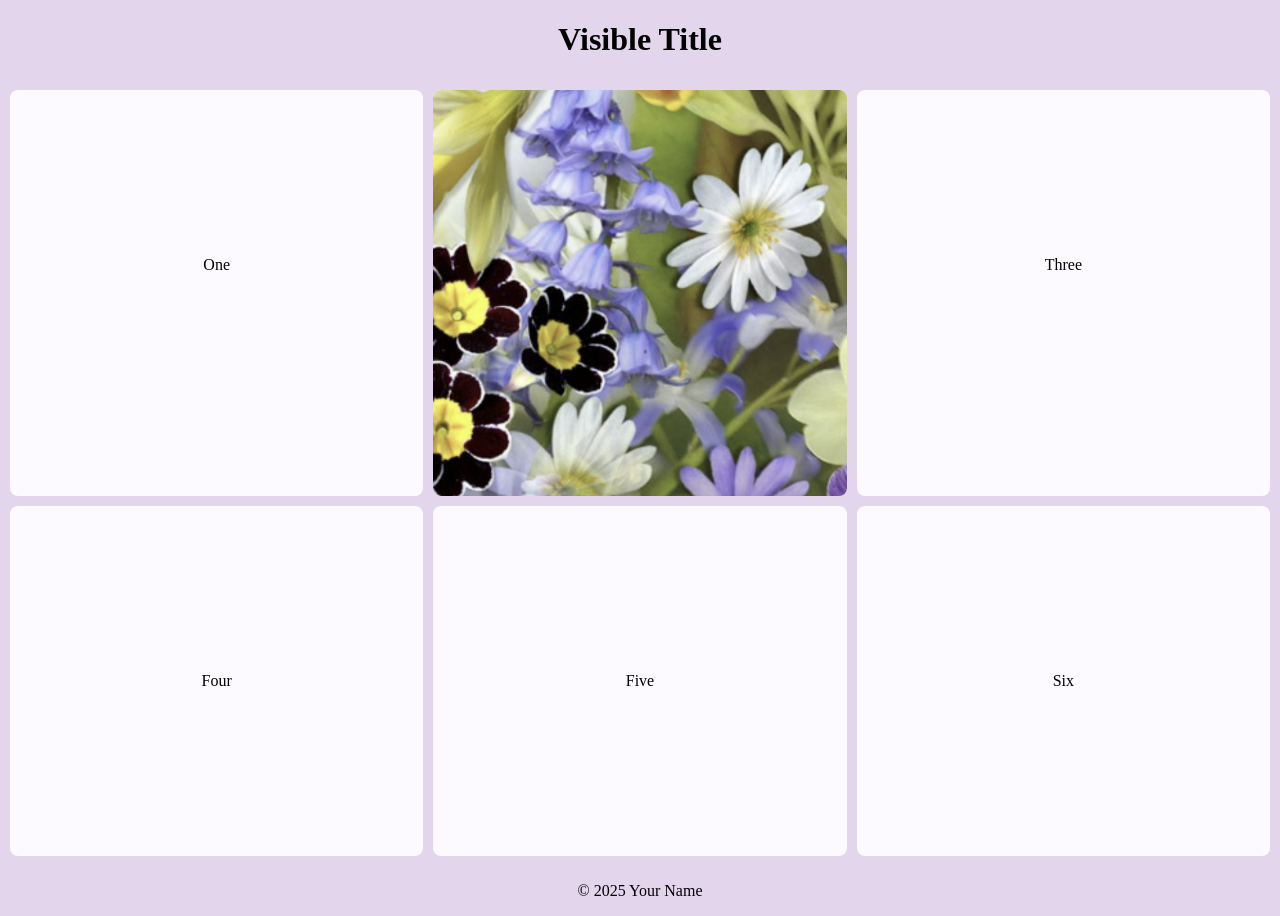
Repository: Brittany-Westlund/WebDesign
Page: FinalProject/index.html
The author's editor kept a copy of each file at every save. The page is drawn from the files as they stood at one save, then again after the next save.
The browser window is 1280 px wide. The pictures show the whole page.

Above is the page before, as saved 2025-06-13 13:02:07.

After the next save:
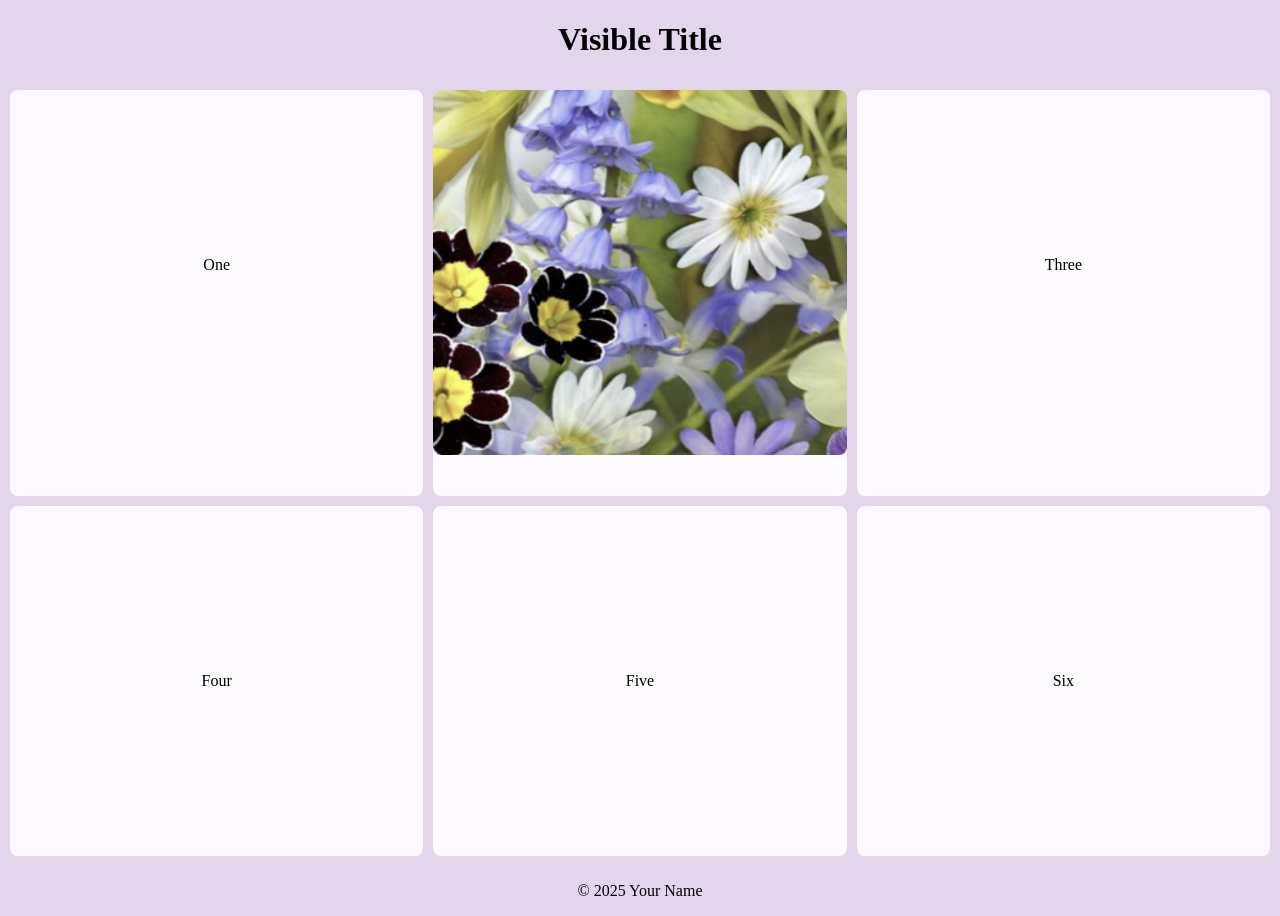
Saved 36 s later.
--- a/FinalProject/style/style.css
+++ b/FinalProject/style/style.css
@@ -25,7 +25,7 @@ header {
 .item img {
   padding: 0;
   width: 100%;
-  height: auto; /* maintains the image's aspect ratio */
+  height: 90%; /* maintains the image's aspect ratio */
   display: block; /* clears any space after the image */
   border-radius: 8px;
 }

After the save that followed:
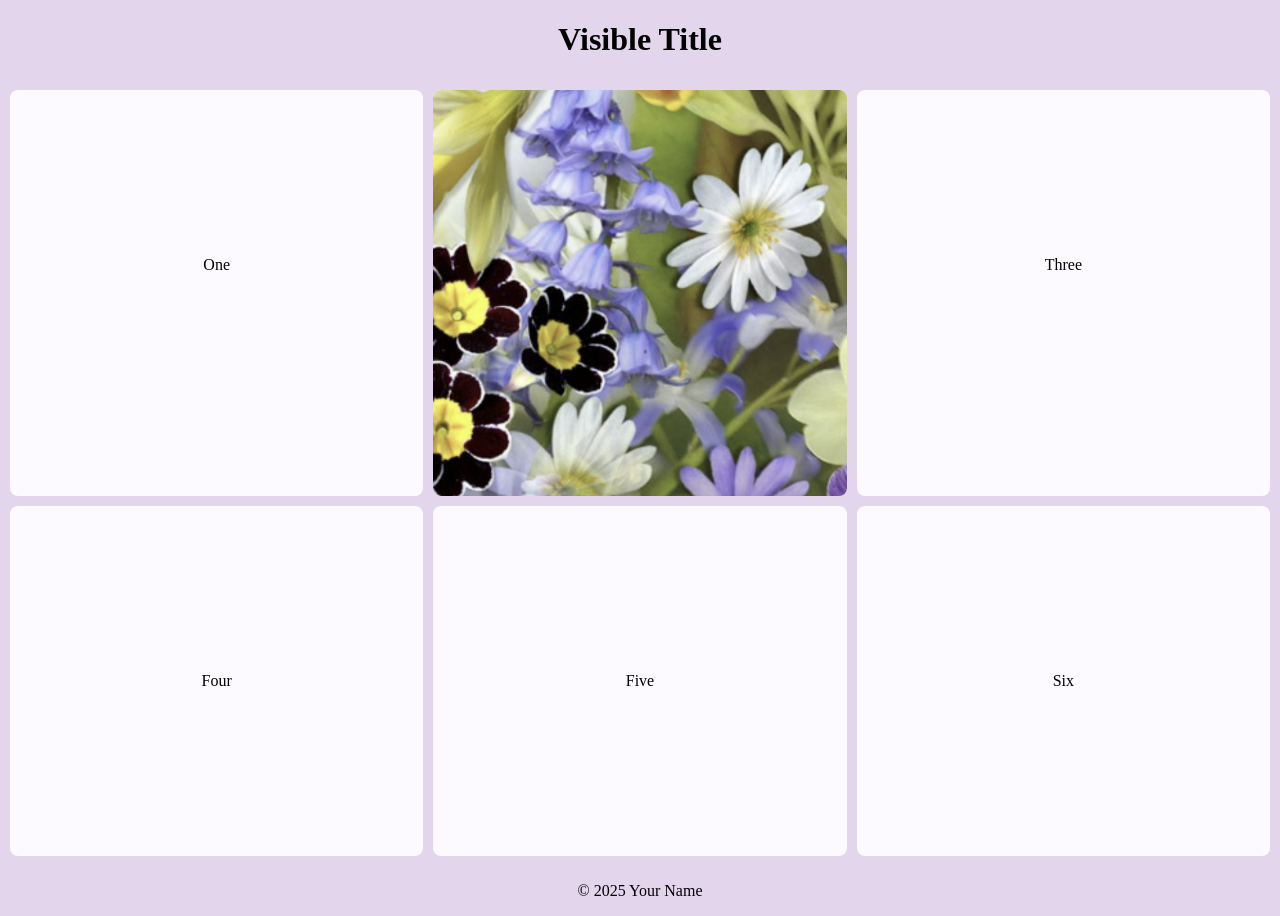
Saved 7 s later.
--- a/FinalProject/style/style.css
+++ b/FinalProject/style/style.css
@@ -25,7 +25,7 @@ header {
 .item img {
   padding: 0;
   width: 100%;
-  height: 90%; /* maintains the image's aspect ratio */
+  height: auto; /* maintains the image's aspect ratio */
   display: block; /* clears any space after the image */
   border-radius: 8px;
 }
